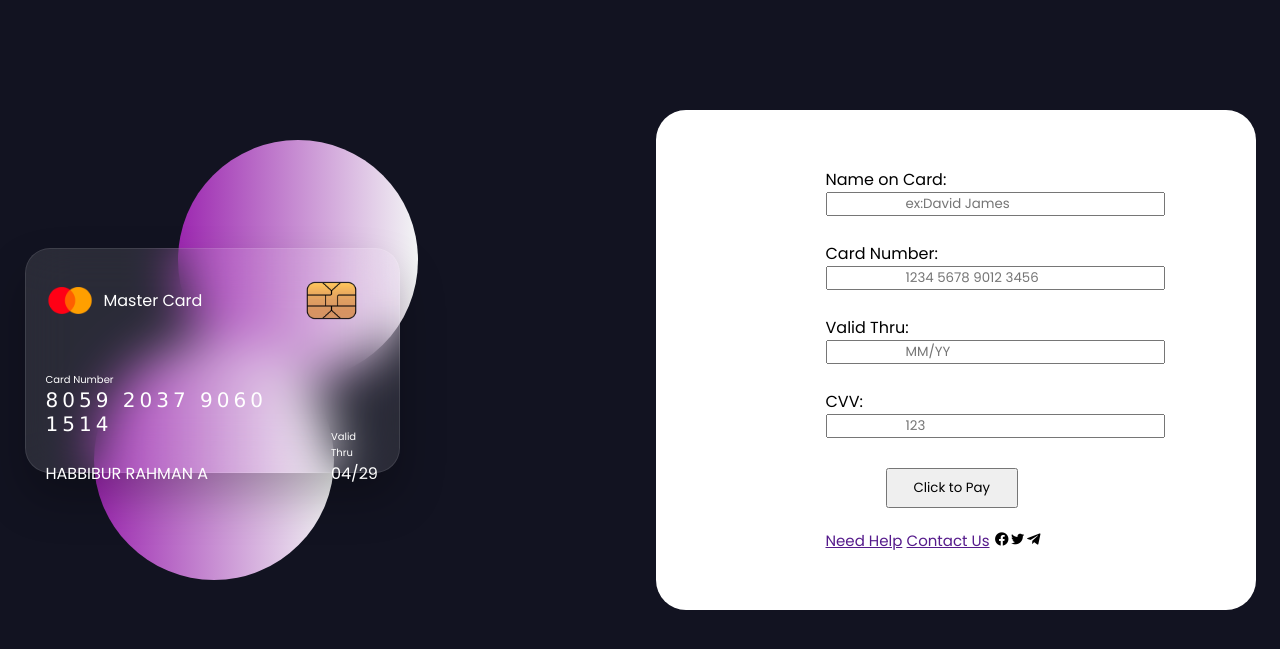
Repository: Habeebur1493/-002-Prompt
Page: index.html
These files come from the project's save history. The page is drawn as it stood at one moment and after a run of saves; the edit follows.
The browser window is 1280 px wide. The pictures show the whole page.

Above is the page before, as saved 2024-09-11 01:38:27.

### index.html
<!DOCTYPE html>
<html lang="en">
<head>
    <meta charset="UTF-8">
    <meta name="viewport" content="width=device-width, initial-scale=1.0">
    <title>Flip Card</title>
    <link rel="stylesheet" href="style.css">
    <link href='https://unpkg.com/boxicons@2.1.4/css/boxicons.min.css' rel='stylesheet'>
</head>
<body>
    <section>
        <div class="container">
            <div class="card front-face">
                <header>
                    <span class="logo">
                        <img src="Mastercard-Logo.webp" alt="">
                        <h5>Master Card</h5>
                    </span>
                    <img src="file (1).png" alt="" class="chip">
                </header>

                <div class="card-details">
                    <div class="name-number">
                        <h6>Card Number</h6>
                        <h5 class="number">8059 2037 9060 1514</h5>
                        <h5 class="name">HABBIBUR RAHMAN A</h5>
                    </div>
                    <div class="valid-date">
                        <h6>Valid Thru</h6>
                        <h5>04/29</h5>
                    </div>
                </div>
            </div>
            <div class="card back-face">
                <h6>
                    For customer service call +900 1400 1800 or email at mastercard@gmai.com
                </h6>
                <span class="magnetic-strip">
                    <div class="signature"><i>005</i></div>
                    <h5>
                        HDFC Millennia Debit Card
                    </h5>
                    <h6>Yours is a life where creating and living the moments matters more than making money.
                    </h6>
                </span>
            </div>
        </div>
        <div class="content">
            <form action="">
                <label for="name">Name on Card:</label>
                <input type="text" id="name" placeholder="ex:David James" required>
                <br>
                <label for="number">Card Number:</label>
                <input type="number" id="number" placeholder="1234 5678 9012 3456" required>
                <br>
                <label for="valid">Valid Thru:</label>
                <input type="text" id="valid" placeholder="MM/YY" required>
                <br>
                <label for="cvv">CVV:</label>
                <input type="number" id="cvv" placeholder="123" required>
                <br>
                <button>Click to Pay</button>
                <div class="data">
                    <a href="">Need Help</a>
                    <a href="">Contact Us</a>
                    <i class='bx bxl-facebook-circle'></i><i class='bx bxl-twitter' ></i><i class='bx bxl-telegram' ></i>
                </div>


            </form>

        </div>
    </section>



</body>
</html>

### style.css
@import url('https://fonts.googleapis.com/css2?family=Poppins:ital,wght@0,100;0,200;0,300;0,400;0,500;0,600;0,700;0,800;0,900;1,100;1,200;1,300;1,400;1,500;1,600;1,700;1,800;1,900&display=swap');

*{
    margin: 0;
    padding: 0;
    box-sizing: border-box;
    font-family: "Poppins", sans-serif;
}
section{
    position: relative;
    min-height: 100vh;
    width: 100%;
    background: #121321;
    display: flex;
    align-items: center;
    justify-content: center;
    color: #fff;
    perspective: 1000px;

}
section::before {
    content: "";
    position: absolute;
    height: 240px;
    width: 240px;
    border-radius: 50%;
    transform: translate(-150px, -100px);
    background: linear-gradient(90deg, #9c27b0, #f3f5f5);
    margin-right: 30%;
}
section::after {
    content: "";
    position: absolute;
    height: 240px;
    width: 240px;
    border-radius: 50%;
    transform: translate(150px, 100px);
    background: linear-gradient(90deg, #9c27b0, #f3f5f5);
    margin-right: 90%;
}

.container{
    position: relative;
    height: 225px;
    width: 375px;
    z-index: 100;
    transition: 0.6s;
    transform-style: preserve-3d;
    margin-right: 10%;

}
.container:hover{
    transform: rotateY(180deg);
}
.container .card{
    position: absolute;
    height: 100%;
    width: 100%;
    padding: 20px;
    border-radius: 25px;
    backdrop-filter: blur(25px);
    background: rgba(255, 255, 255, 0.1);
    box-shadow: 0 25px 45px rgba(0, 0, 0, 0.25);
    border: 1px solid rgba(255, 255, 255, 0.1);
    backface-visibility: hidden;
}
.front-face header,
.front-face .logo{
    display: flex;
    align-items: center;
}
.front-face header{
    justify-content: space-between;
}
.front-face .logo img {
    width: 48px;
    margin-right: 10px;

}
h5{
    font-size: 16px;
    font-weight: 400;
}
.front-face .chip{
    width: 95px;
}
.front-face .card-details{
    display: flex;
    margin-top: 40px;
    align-items: flex-end;
    justify-content: space-between;
}
h6{
    font-size: 10px;
    font-weight: 400;

}
h5.number{
    font-size: 20px;
    padding: 0;
    letter-spacing: 4px;
    font-family: Geneva;
}
h5.name{
    margin-top: 25px
}
.card.back-face{
    border: none;
    padding: 15px 25px 25px 25px;
    transform: rotateY(180deg);
}
.card.back-face h6{
    font-size: 8px;
}
.card.back-face .magnetic-strip{
    position: absolute;
    top: 40px;
    left: 0;
    height: 45px;
    width: 100%;
    background: #000;
}

.card.back-face .signature{
    display: flex;
    justify-content: flex-end;
    align-items: center;
    margin-top: 80px;
    height: 40px;
    width: 85%;
    border-radius: 6px;
    background: repeating-linear-gradient(
        #fff,
        #fff 3px,
        #efefef 0px,
        #efefef 9px);
}
.signature i {
    color: #000;
    font-size: 12px;
    padding: 4px 6px;
    border-radius: 4px;
    background-color: #fff;
    margin-right: -30px;
    z-index: -1;

}
.card.back-face h5{
    align-items: center;
    margin-left: 25%;
    font-size: 12px;
    margin-top: 15px;
}
.card.back-face h6{
    align-items: center;
    margin-left: 5%;
    font-size: 7px;
    margin-top: 1px;
}

.content{
    height: 500px;
    width: 600px;
    background-color: #fff;
    margin-left: 10%;
    border-radius: 30px;
    display: flex;
    flex-direction: column;
    justify-content: center;
    align-items: center;
}



.content > form{
    color: black;
    display: flex;
    flex-direction: column;
    justify-content: center;
    align-items: flex-start;
    height: 70%;
    width: 60%;
    padding: 50px;
    border-radius: 20px;
}
.content input{
    padding-left: 30%;
}
.content button{
    margin-top: 5px;
    margin-left: 60px;
    padding: 8px 26px;
}

.data{
    margin-top: 20px;
}

.data a{
    font-size: 15px;
    di
}

After the next 2 saves:
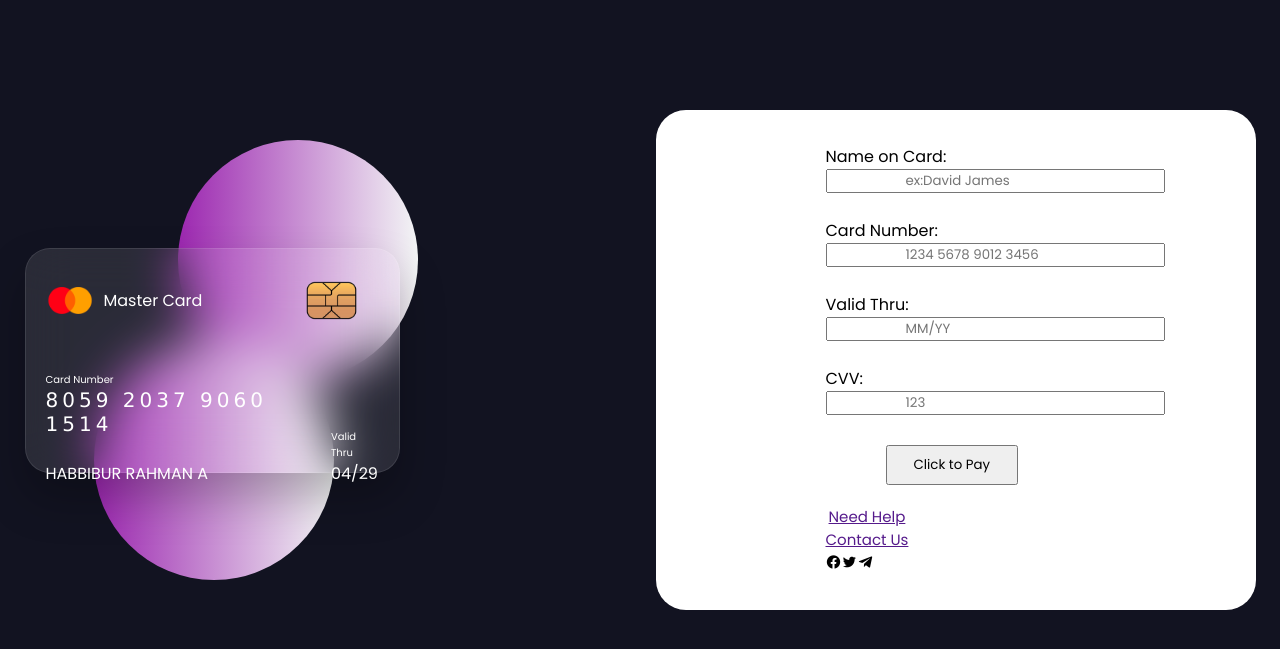
The 2 saves are shown as one change because they came seconds apart.
The last was saved 6 s later.
--- a/style.css
+++ b/style.css
@@ -198,5 +198,6 @@
 
 .data a{
     font-size: 15px;
-    di
-}
+    display: flex;
+    justify-content: center;
+}

After the 3 saves that followed:
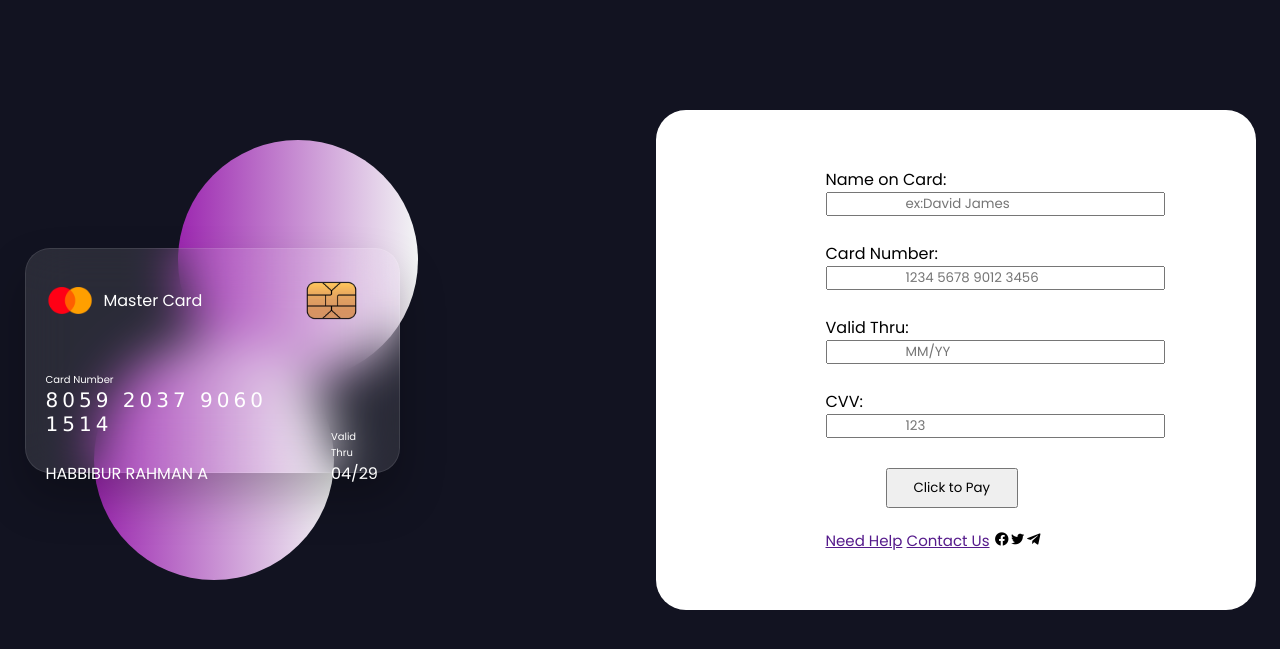
The 3 saves are shown as one change because 1 left the picture as it was and some came seconds apart.
The last was saved 17 s later.
--- a/style.css
+++ b/style.css
@@ -198,6 +198,4 @@
 
 .data a{
     font-size: 15px;
-    display: flex;
-    justify-content: center;
-}
+}
